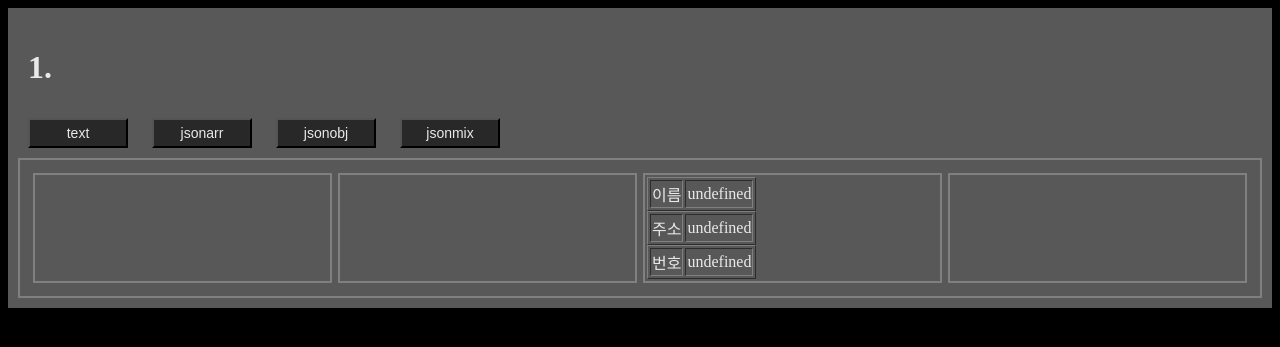
Repository: prawniel99/05_JQuery
Page: workspace/jqpro/WebContent/비동기3_XMLRequest/dataType.html
An editor plug-in stored every save of this project. The page is shown before and after the next save, followed by the edit.
The browser window is 1280 px wide. The pictures show the whole page.
After loading, the first visible `#jobj` was clicked once.

Above is the page before, as saved 2024-08-22 02:57:12.

### workspace/jqpro/WebContent/비동기3_XMLRequest/dataType.html
<!DOCTYPE html>
<html lang="kr">
<head>
    <meta charset="UTF-8">
    <meta name="viewport" content="width=device-width, initial-scale=1.0">
    <title>JSON</title>

    <link rel="stylesheet" href="../css/public.css">
    <script src="../js/jquery-3.7.1.js"></script>

    <style>
        #res {
        	display: flex;
        	flex-direction: row;
        }

        .item {
            flex: 25%;
            margin: 3px;
            padding: 2px;
        }
    </style>

    <script>

        const xhr = new XMLHttpRequest();
        console.log(xhr);

        $(()=>{

            $('#text').on('click', function(){

                // 요청
                xhr.open('get', 'text.jsp', true);
                xhr.send();

                // 응답
                xhr.onload = function(){
                    if(xhr.readyState == 4 && xhr.status == 200){
                        res = xhr.responseText; // json형식의 text문자열
                        // res = 홍길동/개나리/진달래/무궁화/수선화/라일락

                        // 배열로 만들기. 가져온 res 직렬 텍스트를 / 기준으로 잘라서
                        arr = res.split("/");

                        // 출력 형식 만들기
                        code = "<ul>";
                        for(item of arr){
                        	code += "<li>"+item+"</li>";
                        }
                        code += "</ul>";

                        // 출력
                        $('#result1').html(code);
                    }
                }
            }) // #text click 끝



            $('#jarr').on('click', function(){
            	xhr.open('get', 'jarr.jsp', true);
                xhr.send();

                xhr.onload = function(){
                    if(xhr.readyState == 4 && xhr.status == 200){
                    	res = this.responseText;
                        // res = ["홍길동", "개나리", "진달래", "수선화", "백장미", "코스모스"] // 이거랑 같은거

                        jres = JSON.parse(res); // 텍스트 기반의 json 배열 데이터를 script 객체로 변환한다 = 역직렬화. 직렬화는 stringify, gson은 toJSON from JSON.
                        code = "<ol>";
                        // for(a of jres){
                        //     code += `<li>${a}</li>`;
                        // }
                        $.each(jres, function(i, v){
                        	code += "<li>"+jres[i]+"</li>";
                        })
                        code += "</ol>";

                        $('#result2').html(code);

                    }
                }
            }) // #jarr click 끝



            $('#jobj').on('click', function(){
            	xhr.open('get', 'jobj.jsp', true);
                xhr.send();

                xhr.onload = function(){
                    if(xhr.readyState == 4 && xhr.status == 200){ // 위에 function() 으로 하고, ()=> 화살표로 안하면, xhr.ready 말고 this.ready 할 수 있음. 왜..
                    	res = this.responseText;

                        // 출력모양
                        code = "<table border='1'>";
                        code += "<tr><td>이름</td>";
                        code += "<td>"+res.name+"</td></tr>";
                        code += "</table>"

                        code += "<table border='1'>";
                        code += "<tr><td>주소</td>";
                        code += "<td>"+res.addr+"</td></tr>";
                        code += "</table>"

                        code += "<table border='1'>";
                        code += "<tr><td>번호</td>";
                        code += "<td>"+res.tel+"</td></tr>";
                        code += "</table>"



                        $('#result3').html(code);
                    }
                }
            }) // #jobj click 끝





        })
    </script>

</head>

<body>

    <div class="box">
        <h1>
        	1.
        </h1>

        <input type="button" value="text" id="text" title="id">
        <input type="button" value="jsonarr" id="jarr" title="jarr">
        <input type="button" value="jsonobj" id="jobj" title="jobj">
        <input type="button" value="jsonmix" id="jmix" title="jmix">

        <br>

		<div id="res">
	        <div class="item" id="result1"></div>
	        <div class="item" id="result2"></div>
	        <div class="item" id="result3"></div>
	        <div class="item" id="result4"></div>
		</div>
    </div>

</body>

</html>

### workspace/jqpro/WebContent/css/public.css
@charset "UTF-8";

body {
	background-color: black;
	color: rgb(233, 233, 233);
}

pre {
	text-align: left;
	font-weight: bold;
	border-left: none;
	border-right: none;
	border-top: 11px double rgba(120,20,20,1);
	border-bottom: 11px double rgba(120,20,20,1);
	background: rgb(222,222,222);
}

h1 {
	padding-left: 10px;
	padding-top: 10px;
}

h3 {
	margin: 10px;
	margin-bottom: 10px;
}

div {
	border: 2px solid grey;
	padding: 10px;
	/* margin: 10px; */
}

.box {
	border: none;
	/* background-image: linear-gradient(rgba(255,155,155), rgba(155,255,155)); */
	background-color: rgb(88, 88, 88);
	/* margin: 10px; */
	/* padding: 20px; */
}

.box input[type=button] {
	margin: 10px;
	background: rgb(40,40,40);
	color: rgb(233, 233, 233);
	font-size: 14px;
	/* padding: 0; */
	width: 100px;
	height: 30px;
	/* border-radius: 10px; */
}


#res {
	display: flex;
	flex-direction: row;
}

.item {
	flex: 25%;
	margin: 3px;
	padding: 2px;
}

Loaded but not shown: workspace/jqpro/WebContent/js/jquery-3.7.1.js (library)

After the next save:
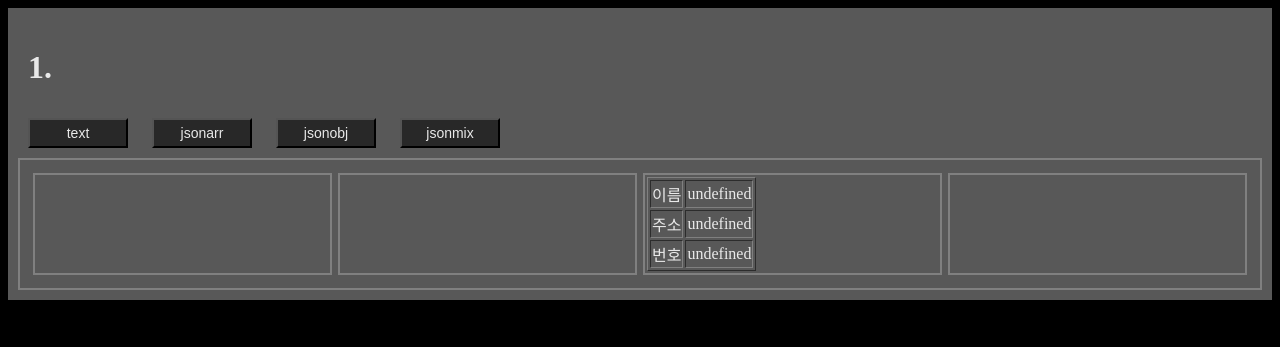
Saved 19 s later.
--- a/workspace/jqpro/WebContent/비동기3_XMLRequest/dataType.html
+++ b/workspace/jqpro/WebContent/비동기3_XMLRequest/dataType.html
@@ -97,14 +97,10 @@
                         code = "<table border='1'>";
                         code += "<tr><td>이름</td>";
                         code += "<td>"+res.name+"</td></tr>";
-                        code += "</table>"
 
-                        code += "<table border='1'>";
                         code += "<tr><td>주소</td>";
                         code += "<td>"+res.addr+"</td></tr>";
-                        code += "</table>"
 
-                        code += "<table border='1'>";
                         code += "<tr><td>번호</td>";
                         code += "<td>"+res.tel+"</td></tr>";
                         code += "</table>"
